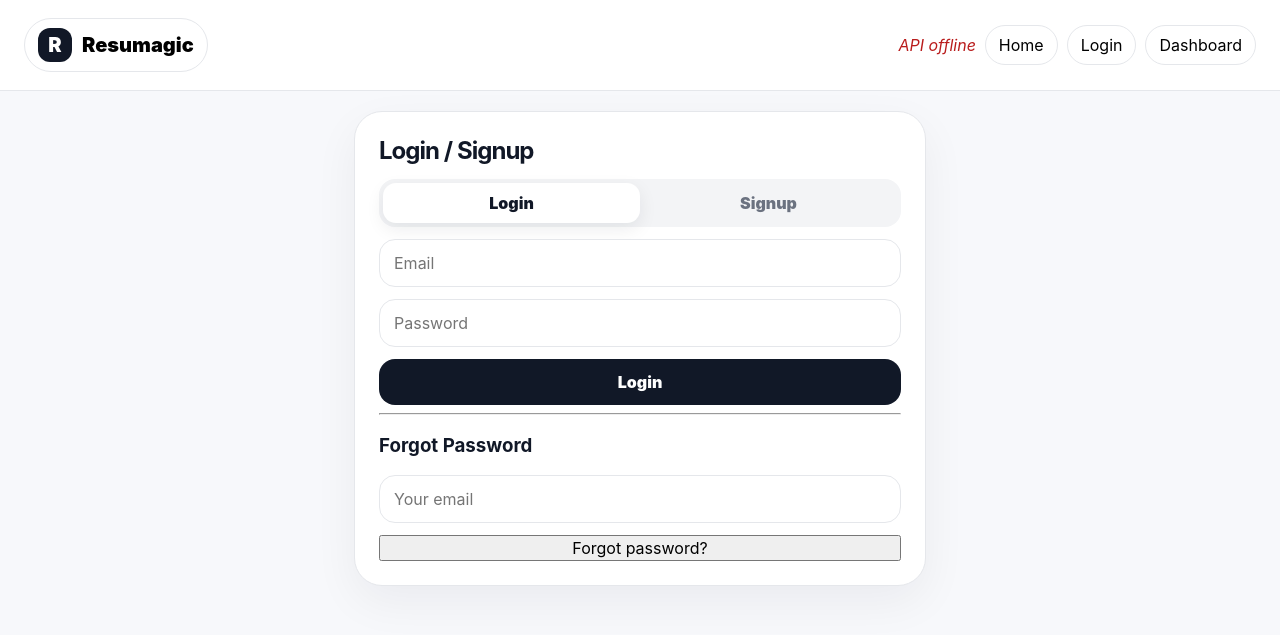
Repository: hkpark97/resume_builder
Page: / (app in frontend/), after clicking the first element matching `div > :nth-child(3)`
The author's editor kept a copy of each file at every save. The page is drawn from the files as they stood at one save, then again after the next save.
The browser window is 1280 px wide. The pictures show the whole page.
The page's requests for data from a server got no answer. The project was rebuilt for these pictures with package versions that can differ from the ones it lists, and the page was loaded fresh each time. No one was signed in, and anything a server would have sent is missing.

Above is the page before, as saved 2026-05-05 15:23:41.

After the next save:
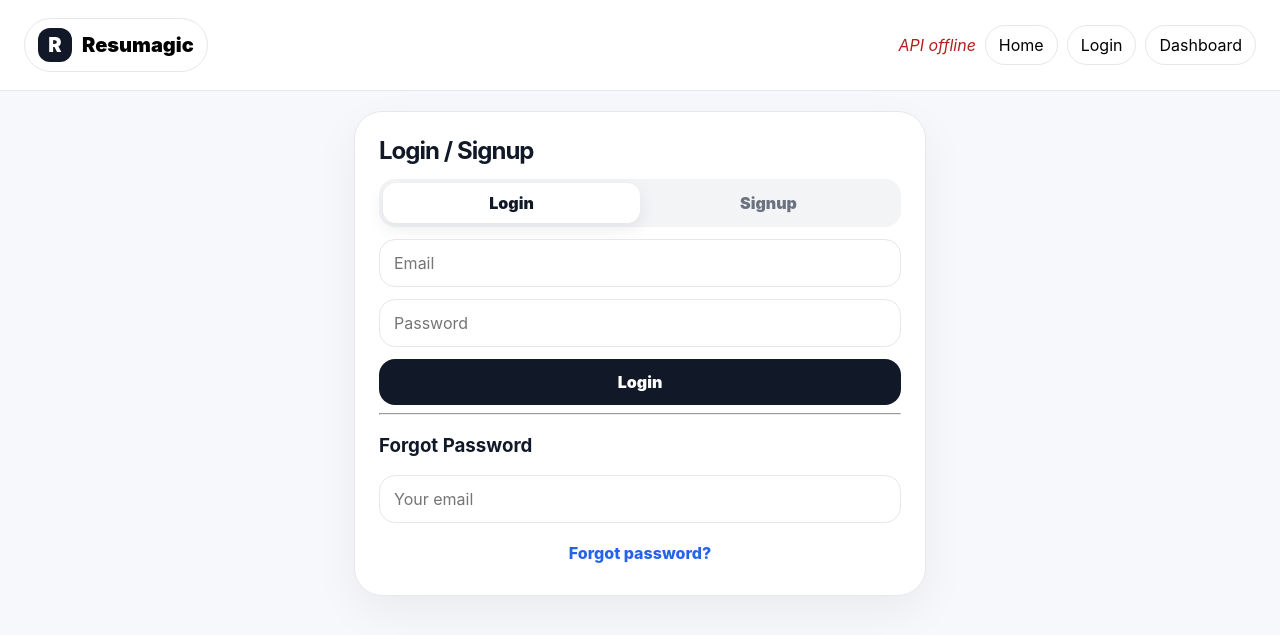
Saved 13 s later.
--- a/frontend/src/styles.css
+++ b/frontend/src/styles.css
@@ -333,6 +333,25 @@ textarea:focus {
   cursor: not-allowed;
 }
 
+.linkButton {
+  border: 0;
+  background: transparent;
+  color: #2563eb;
+  font-weight: 800;
+  padding: 8px 0;
+  text-align: center;
+  cursor: pointer;
+}
+
+.linkButton:hover {
+  text-decoration: underline;
+}
+
+.muted {
+  color: var(--muted);
+  line-height: 1.5;
+}
+
 @media(max-width:900px) {
 
     .nav,
